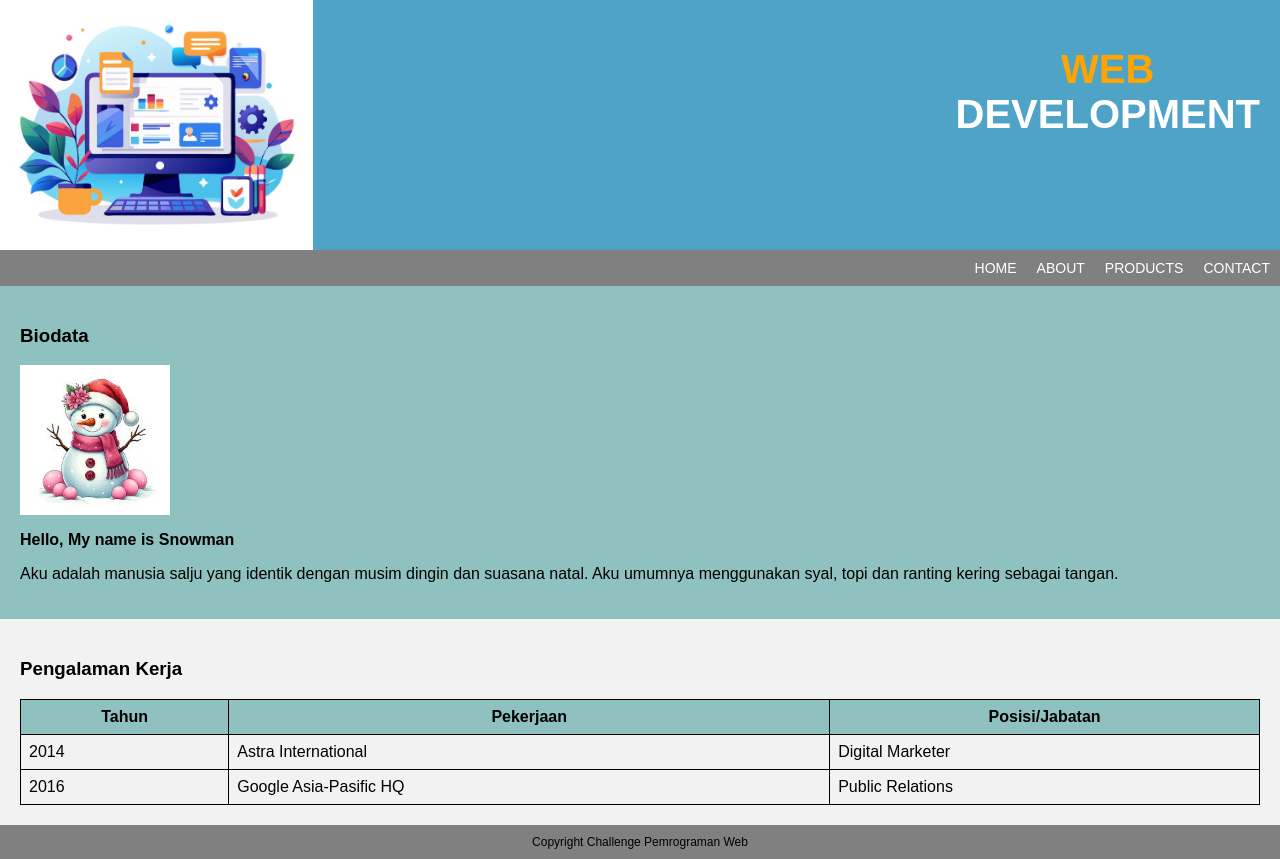
Repository: razitazhr/Pertemuan-6_24.116194
Page: Pertemuan 5/Challenge 5.html
These files come from the project's save history. The page is drawn as it stood at one moment and after the next save; the edit follows.
The browser window is 1280 px wide. The pictures show the whole page.

Above is the page before, as saved 2026-05-03 22:16:22.

After the next save:
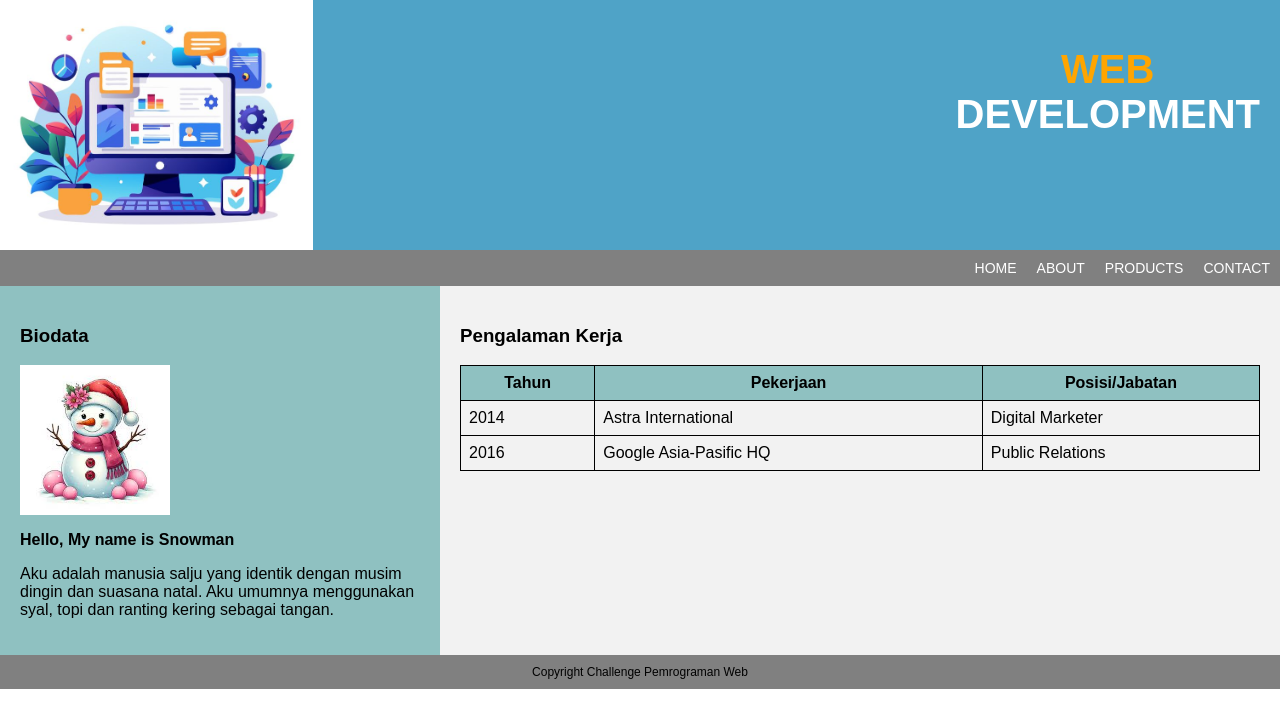
Saved 5 min 49 s later.
--- a/Pertemuan 5/Challenge 5.html
+++ b/Pertemuan 5/Challenge 5.html
@@ -28,8 +28,7 @@
             <p><b>Hello, My name is Snowman</b></p>
             <p>Aku adalah manusia salju yang identik dengan musim dingin dan suasana natal. Aku umumnya menggunakan syal, topi dan ranting kering sebagai tangan.</p>
         </div>
-    </div>
-    <div class="pengalaman">
+        <div class="pengalaman">
         <h3>Pengalaman Kerja</h3>
         <table>
             <tr>
@@ -49,6 +48,7 @@
             </tr>
         </table>
     </div>
+    </div>
     <div class="footer">
         Copyright Challenge Pemrograman Web
     </div>
